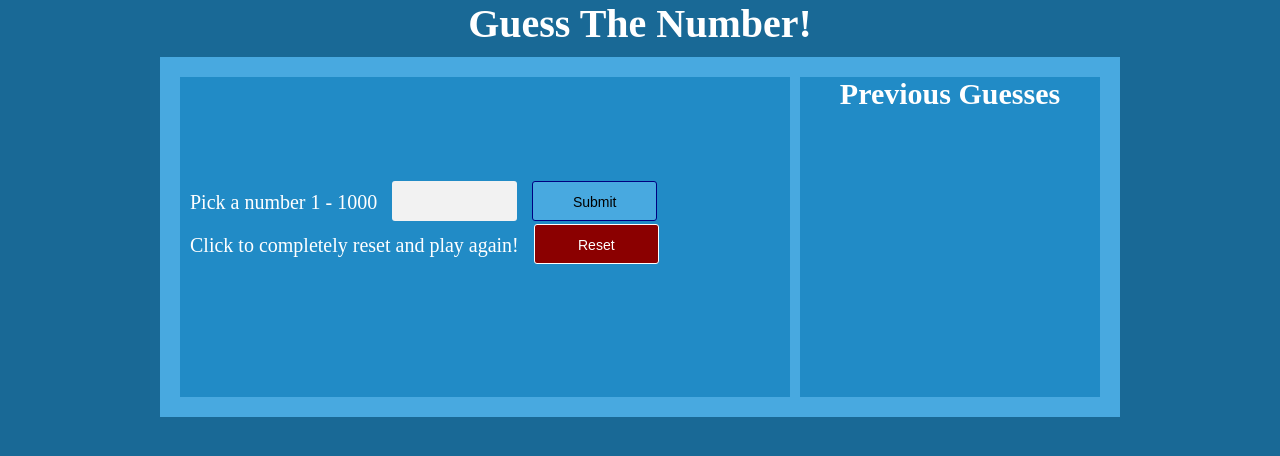
Repository: mlmEFSC21/P14-Guessing-Game
Page: guess.html
An editor plug-in stored every save of this project. The page is shown before and after the next save, followed by the edit.
The browser window is 1280 px wide. The pictures show the whole page.

Above is the page before, as saved 2022-03-19 14:38:20.

### guess.html
<!DOCTYPE html>
<html lang="en">
    <head>
        <meta charset="UTF-8" />
        <meta http-equiv="X-UA-Compatible" content="IE=edge" />
        <meta name="viewport" content="width=device-width, initial-scale=1.0" />
        <link rel="stylesheet" href="guess.css" />
        <script src="guess.js" defer></script>
        <title>Guessing Game</title>
    </head>
    <body>
        <header>
            <h1 class="pageTitle">Guess The Number!</h1>
        </header>
        <section>
            <div class="gameContainer" id="container">
                <div class="results" id="results">
                    <form action="#" class="inputForm">
                        <label for="guessInput">Pick a number 1 - 1000</label>
                        <input
                            type="text"
                            required
                            name="guessInput"
                            class="guessInput"
                            id="guessInput"
                        />
                        <input type="button" class="submitBtn" id="submitBtn" value="Submit" />
                        <label for="resetBtn">Click to completely reset and play again!</label>
                        <button type="reset" class="resetBtn" id="resetBtn" name="Reset">
                            Reset
                        </button>
                    </form>
                </div>
                <div class="guessesContainer" id="guessesContainer">
                    <h2>Previous Guesses</h2>
                    <ul class="guesses" id="guessList"></ul>
                </div>
            </div>
        </section>
    </body>
</html>

### guess.css
:root {
    --clr-primary: #218bc6;
    --clr-secondary: #48a9e0;
    --clr-tertiary: #196996;
}

*,
*::after,
*::before {
    box-sizing: border-box;
    margin: 0;
    padding: 0;
}
body {
    background-color: var(--clr-tertiary);
    color: white;
    font-size: 1.25rem;
}
.pageTitle {
    text-align: center;
}
.gameContainer {
    background-color: var(--clr-secondary);
    display: grid;
    max-width: 960px;
    height: 50vh;
    margin: 10px auto;
    padding: 20px;
    grid-template-columns: repeat(3, 1fr);
    grid-template-rows: repeat(3, 1fr);
    gap: 10px;
    align-items: center;
    justify-content: center;
}
.results {
    background-color: var(--clr-primary);
    display: flex;
    flex-direction: column-reverse;
    margin: 10px auto;
    padding: 10px;
    grid-column: 1 / 3;
    grid-row: 1 / 4;
    height: 100%;
    justify-content: center;
    align-items: center;
    overflow: hidden;
}
.results > * {
    margin-bottom: 20px;
}
.inputForm {
    display: flex;
    flex-wrap: wrap;
}
label {
    margin-right: 15px;
    margin-block: 10px;
}
input {
    border: none;
    -webkit-appearance: none;
    -ms-appearance: none;
    -moz-appearance: none;
    appearance: none;
    background: #f2f2f2;
    padding: 12px;
    border-radius: 3px;
    width: 125px;
    height: 40px;
    outline: none;
    font-size: 14px;
}
button {
    border: solid 1px white;
    margin-bottom: 10px;
    padding: 12px;
    border-radius: 3px;
    width: 125px;
    height: 40px;
    outline: none;
    font-size: 14px;
}
.submitBtn {
    background: var(--clr-secondary);
    border: solid 0.5px navy;
    margin-left: 15px;
}
.submitBtn:hover {
    background: #44b3db;
}
.resetBtn {
    background: darkred;
    color: white;
}
.resetBtn:hover {
    background: red;
}
.guessesContainer {
    background-color: var(--clr-primary);
    display: flex;
    flex-direction: column;
    height: 100%;
    grid-row: 1 / 4;
    align-items: center;
    overflow: hidden;
}

### guess.js
let randomNumber = Math.floor(Math.random() * 1000 + 1);
let guesses = [];

const guessInput = document.getElementById("guessInput");
const resultsDiv = document.getElementById("results");
const submitButton = document.getElementById("submitBtn");
const resetButton = document.getElementById("resetBtn");
const p = document.createElement("p");
const ul = document.getElementById("guessList");
const li = document.createElement("li");
const guessesContainer = document.getElementById("guessesContainer");
const h3 = document.createElement("h3");

//checks to see if the guess is higher, lower, or equal to
function checkGuess() {
    const currentGuess = Number(guessInput.value);
    if (currentGuess == randomNumber) {
        guesses.push(currentGuess);
        p.innerText = "Congratulations! You guessed the number!";
        resultsDiv.append(p);
        countGuesses();
    }
    if (currentGuess < randomNumber) {
        guesses.push(currentGuess);
        p.innerText = "Too low. Try again!";
        resultsDiv.append(p);
        trackGuesses();
    }
    if (currentGuess > randomNumber) {
        guesses.push(currentGuess);
        p.innerText = "Too high. Try again!";
        resultsDiv.append(p);
        trackGuesses();
    }
}
//tracks previous guess in a <ul>. Removes <li> and populates from guesses[] each time.
function trackGuesses() {
    while (ul.hasChildNodes()) {
        ul.removeChild(ul.firstChild);
    }
    for (i = 0; i <= guesses.length - 1; i++) {
        let li = document.createElement("li");
        li.innerText = guesses[i];
        ul.appendChild(li);
    }
}

//counts how many guesses. Uses array length.
function countGuesses() {
    let numOfGuesses = guesses.length;
    h3.innerText = `It took you ${numOfGuesses} guesses!`;
    guessesContainer.append(h3);
}
// creates a new random number for replay
function newRNG() {
    randomNumber = Math.floor(Math.random() * 10 + 1);
}
//resets the game completely.
function resetGame() {
    p.innerText = "";
    resultsDiv.append(p);
    while (ul.hasChildNodes()) {
        ul.removeChild(ul.firstChild);
    }
    h3.remove();
    guesses = [];
    newRNG();
    console.log(randomNumber);
}

submitButton.addEventListener("click", checkGuess);
resetButton.addEventListener("click", resetGame);
//logging random number for debugging. DELETE LATER
console.log(randomNumber);
console.log(guesses);

After the next save:
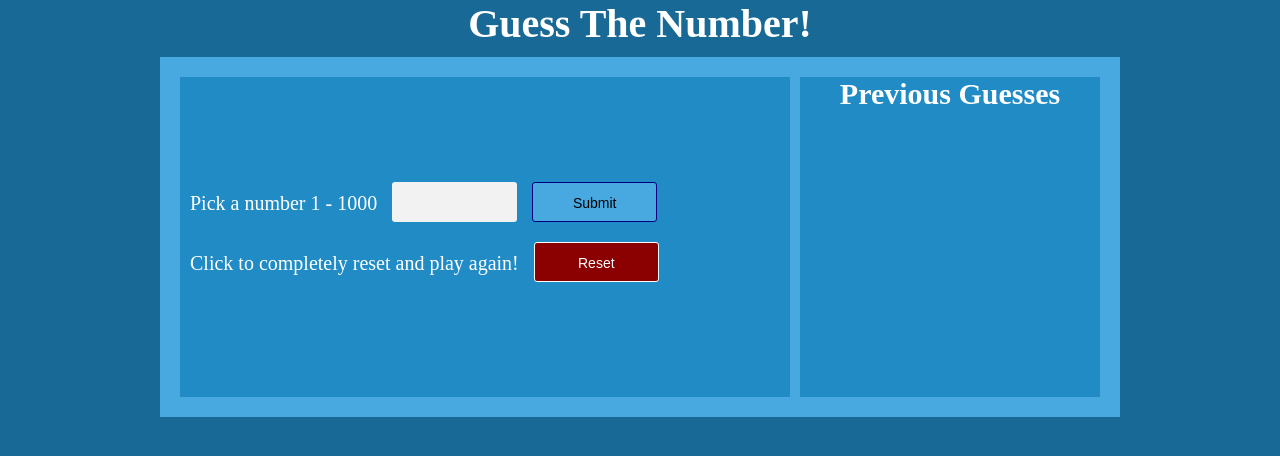
Saved 59 s later.
--- a/guess.css
+++ b/guess.css
@@ -45,7 +45,7 @@
     align-items: center;
     overflow: hidden;
 }
-.results > * {
+form > * {
     margin-bottom: 20px;
 }
 .inputForm {
